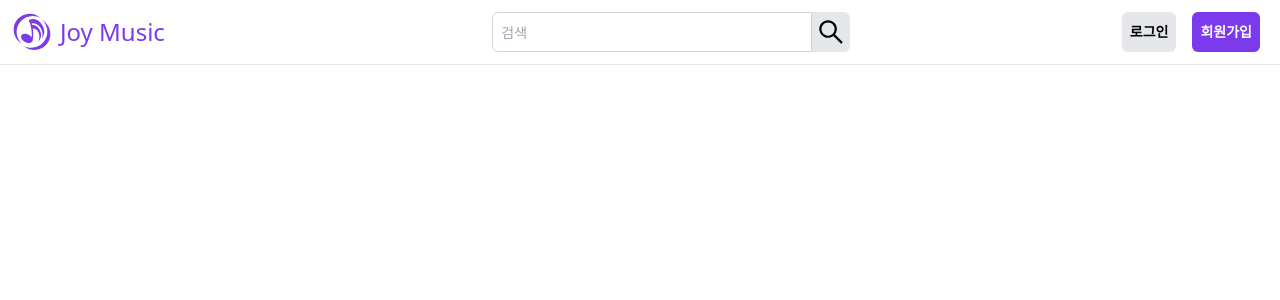
Repository: momo0170/streaming
Page: /
An editor plug-in stored every save of this project. The page is shown before and after the next save, followed by the edit.
The browser window is 1280 px wide. The pictures show the whole page.
The project was rebuilt for these pictures with package versions that can differ from the ones it lists, and the page was loaded fresh each time. Also part of the build but not shown: src/App.css.

Above is the page before, as saved 2023-09-18 18:01:01.

### src/index.js
import React from 'react';
import ReactDOM from 'react-dom/client';
import './index.css';
import App from './App';
import { RouterProvider, createBrowserRouter } from 'react-router-dom';

const router = createBrowserRouter([
  {
    path: '/',
    element: <App />,
  },
]);
const root = ReactDOM.createRoot(document.getElementById('root'));
root.render(
  <RouterProvider router={router}>
    <App />
  </RouterProvider>
);

### src/index.css
/* index.css 📂 */

@tailwind base;
@tailwind components;
@tailwind utilities;

### src/App.js
import './App.css';
import Header from './components/Header';

function App() {
  return (
    <>
      <Header />
    </>
  );
}

export default App;

### src/components/Header.jsx
import React from 'react';
import { GiMusicSpell } from 'react-icons/gi';
import { AiOutlineSearch } from 'react-icons/ai';
import { Link } from 'react-router-dom';

export default function Header() {
  return (
    <header className="flex justify-between p-3 border-b">
      <Link to="/" className="flex items-center">
        <GiMusicSpell size="40" color="#7c3aed" />
        <div className="text-violet-600 text-2xl ml-2">Joy Music</div>
      </Link>
      <form className="flex transform translate-x-8">
        <input
          type="text"
          placeholder="검색"
          className="rounded-l-md border border-stone-300 p-1 px-2 focus:shadow-inner2 outline-none focus:border-violet-600 placeholder:text-sm hover:shadow-hoverInput hover:border-hoverInput w-80"
        />
        <button className="bg-gray-200 p-1 rounded-r-md box-border hover:bg-gray-300">
          <AiOutlineSearch size="30" />
        </button>
      </form>
      <div className="flex">
        <button className="bg-gray-200 mx-2 px-2 rounded-md text-sm font-semibold hover:bg-gray-300">
          로그인
        </button>
        <button className="bg-violet-600 text-white mx-2 px-2 rounded-md text-sm font-semibold hover:bg-violet-700">
          회원가입
        </button>
      </div>
    </header>
  );
}

### tailwind.config.js
/** @type {import('tailwindcss').Config} */
module.exports = {
  content: ['./src/**/*.{js,jsx,ts,tsx}'],
  theme: {
    extend: {
      borderWidth: {
        1.5: '1.5px',
      },
      boxShadow: {
        inner2: '0 0 0 1.5px #7c3aed inset',
        hoverInput: '0 0 0 1px #ABABAB inset',
      },
      borderColor: {
        hoverInput: '#ABABAB',
      },
    },
  },
  plugins: [],
};

Loaded but not shown: public/index.html (common file)

After the next save:
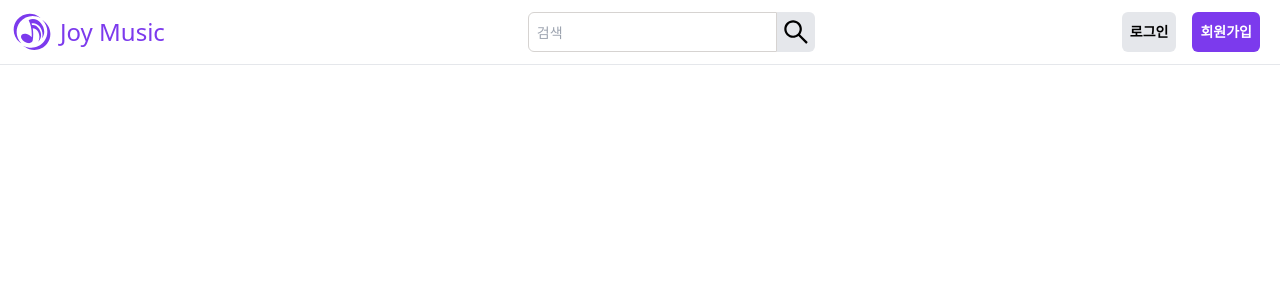
Saved 5 min 16 s later.
--- a/src/components/Header.jsx
+++ b/src/components/Header.jsx
@@ -14,7 +14,7 @@
         <input
           type="text"
           placeholder="검색"
-          className="rounded-l-md border border-stone-300 p-1 px-2 focus:shadow-inner2 outline-none focus:border-violet-600 placeholder:text-sm hover:shadow-hoverInput hover:border-hoverInput w-80"
+          className="rounded-l-md border border-stone-300 p-1 px-2 focus:shadow-inner2 outline-none focus:border-violet-600 placeholder:text-sm hover:shadow-hoverInput hover:border-hoverInput"
         />
         <button className="bg-gray-200 p-1 rounded-r-md box-border hover:bg-gray-300">
           <AiOutlineSearch size="30" />

After the 3 saves that followed:
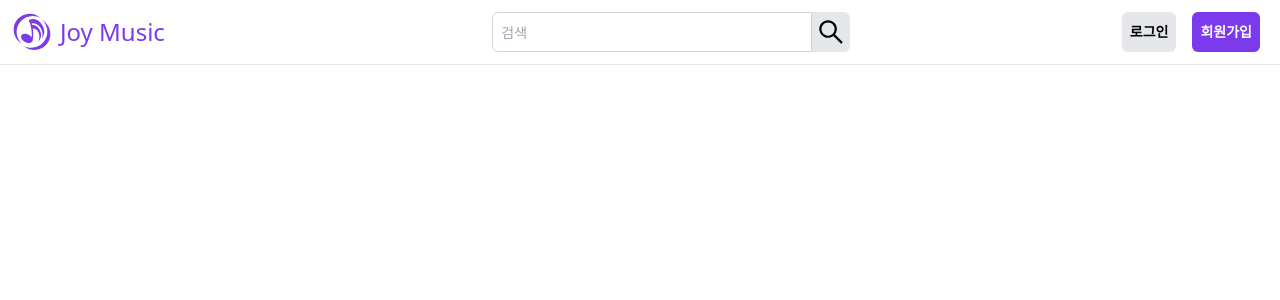
The 3 saves are shown as one change because 1 left the picture as it was and some came seconds apart.
The last was saved 21 s later.
--- a/src/components/Header.jsx
+++ b/src/components/Header.jsx
@@ -14,7 +14,7 @@
         <input
           type="text"
           placeholder="검색"
-          className="rounded-l-md border border-stone-300 p-1 px-2 focus:shadow-inner2 outline-none focus:border-violet-600 placeholder:text-sm hover:shadow-hoverInput hover:border-hoverInput"
+          className="rounded-l-md border border-stone-300 p-1 px-2 focus:shadow-inner2 outline-none focus:border-violet-600 placeholder:text-sm hover:shadow-hoverInput hover:border-hoverInput w-80"
         />
         <button className="bg-gray-200 p-1 rounded-r-md box-border hover:bg-gray-300">
           <AiOutlineSearch size="30" />
